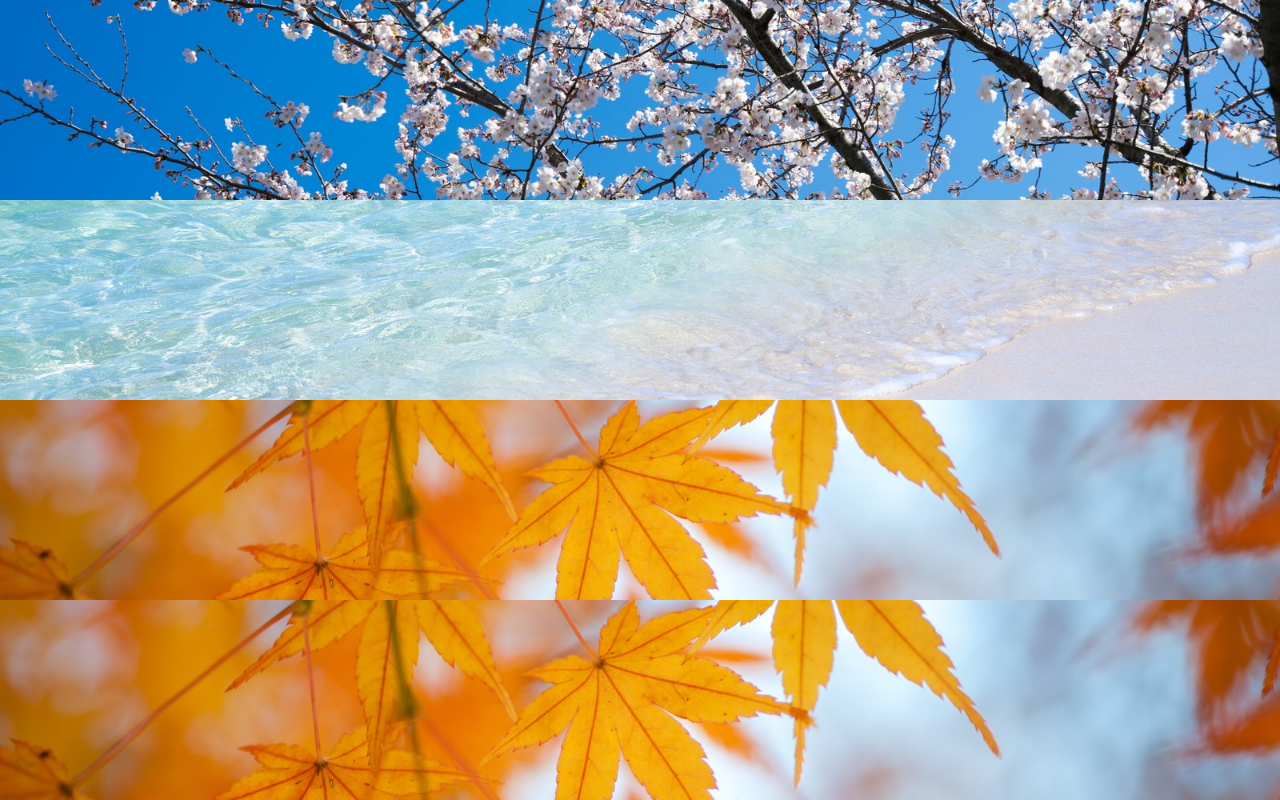
Repository: pooh0721/-
Page: sample6/chapter6.html
The author's editor kept a record of every edit. The page is drawn from the files as they stood at one moment, then again after the next edit.
The browser window is 1280 px wide. The pictures show the whole page.

Above is the page before.

After the next edit:
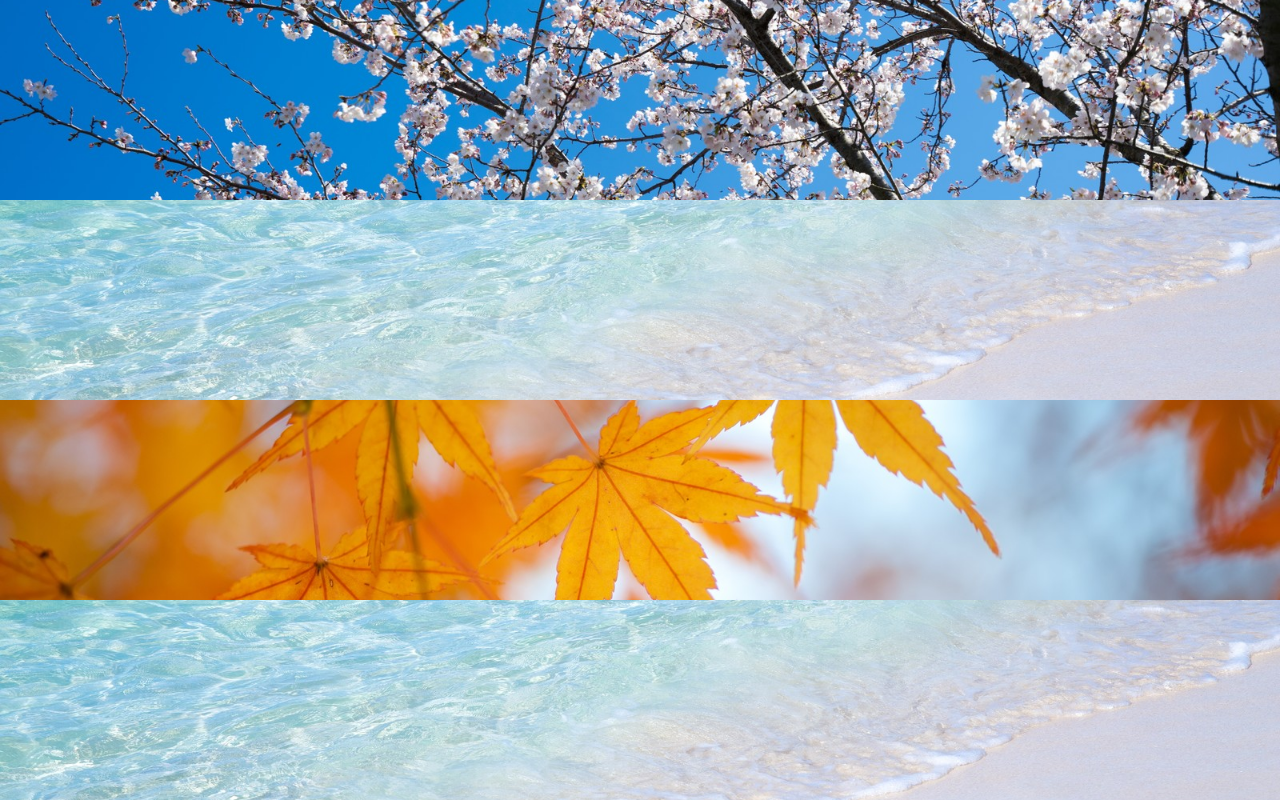
The edit:
--- a/sample6/style.css
+++ b/sample6/style.css
@@ -34,8 +34,6 @@
 .img4 {
   width: 100%;
   height: 200px;
-  background-image: url(img/box3.jpg);
+  background-image: url(img/box2.jpg);
   background-size: cover;
   background-position: center;
-
-}
